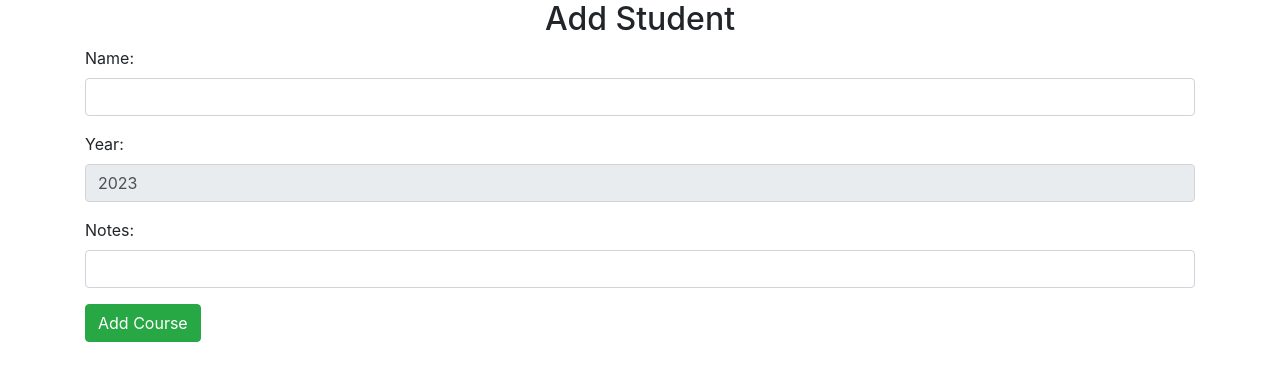
Repository: USTriett/Java-Servlet-JDBC-JSP-
Page: http://localhost/StudentManageServlet/addcourse
An editor plug-in stored every save of this project. The page is shown before and after the next save, followed by the edit.
The browser window is 1280 px wide. The pictures show the whole page.
The page is served by Tomcat 9. Other server files are loaded and not shown.

Above is the page before, as saved 2023-04-17 18:38:29.

### StudentManageServlet/src/main/webapp/WebContent/AddCourse.jsp
<%@ taglib uri="http://java.sun.com/jsp/jstl/core" prefix="c"%>
<%@page contentType="text/html" pageEncoding="UTF-8"%>


<!DOCTYPE html>
<html>
<head>
	<title>Add Student</title>
	<!-- Latest compiled and minified CSS -->
	<link rel="stylesheet" href="https://maxcdn.bootstrapcdn.com/bootstrap/4.4.1/css/bootstrap.min.css"/>

	<!-- jQuery library -->
	<script src="https://ajax.googleapis.com/ajax/libs/jquery/3.4.1/jquery.min.js"></script>

	<!-- Popper JS -->
	<script src="https://cdnjs.cloudflare.com/ajax/libs/popper.js/1.16.0/umd/popper.min.js"></script>

	<!-- Latest compiled JavaScript -->
	<script src="https://maxcdn.bootstrapcdn.com/bootstrap/4.4.1/js/bootstrap.min.js"></script>
	<meta charset="UTF-8">
</head>
<body>
	<div class="container">
		<div class="panel panel-primary">
			<div class="panel-heading">
				<h2 class="text-center">Add Student</h2>
			</div>
			<div class="panel-body">
                            <form method="post" accept-charset="utf-8">
				<div class="form-group">
				  <label for="usr">Name:</label>
                                  <input type="text" class="form-control" value=""  required id="usr" name="name"/>
				</div>
				<div class="form-group">
				  <label for="year">Year:</label>
                                  <input type="number" class="form-control" value="2023"  required id="cyear" name="year" disabled />
				</div>
				<div class="form-group">
				  <label for="notes">Notes:</label>
                                  <input type="text" class="form-control" id="notes" value="" name="notes"/>
				</div>
				<button class="btn btn-success">Add Course</button>
                            </form>
			</div>
		</div>
	</div>
</body>
<script>
function SendMessage() {
    alert("Add successful!");
}
var currentDate = new Date();
var year = currentDate.getFullYear();
var month = currentDate.getMonth() + 1;
var day = currentDate.getDate();

if (month < 10) {
    month = '0' + month;
}
if (day < 10) {
    day = '0' + day;
}


document.getElementById('cyear').value = year;
</script>
</html>

### StudentManageServlet/src/main/java/com/Servlet/AddCourseServlet.java
package com.Servlet;

import java.io.IOException;
import java.util.ArrayList;

import javax.servlet.RequestDispatcher;
import javax.servlet.ServletException;
import javax.servlet.annotation.WebServlet;
import javax.servlet.http.HttpServlet;
import javax.servlet.http.HttpServletRequest;
import javax.servlet.http.HttpServletResponse;

import com.dao.CourseList;
import com.model.Course;

/**
 * Servlet implementation class AddCourseServlet
 */
@WebServlet("/addcourse")
public class AddCourseServlet extends HttpServlet {
	private static final long serialVersionUID = 1L;

    /**
     * @see HttpServlet#HttpServlet()
     */
    public AddCourseServlet() {
        super();
        // TODO Auto-generated constructor stub
    }

	/**
	 * @see HttpServlet#doGet(HttpServletRequest request, HttpServletResponse response)
	 */
	protected void doGet(HttpServletRequest request, HttpServletResponse response) throws ServletException, IOException {
		// TODO Auto-generated method stub
		RequestDispatcher requestDispatcher = request.getRequestDispatcher("./WebContent/AddCourse.jsp");
		requestDispatcher.forward(request, response);
	}

	/**
	 * @see HttpServlet#doPost(HttpServletRequest request, HttpServletResponse response)
	 */
	protected void doPost(HttpServletRequest request, HttpServletResponse response) throws ServletException, IOException {
		// TODO Auto-generated method stub
		request.setCharacterEncoding("UTF-8");
		CourseList list = new CourseList();
		int id = list.getSize() + 1;
		String name = request.getParameter("name");
		ArrayList<Course> fCourses =  list.findbyName(name);
		if(!fCourses.isEmpty())
		{
			id = fCourses.get(0).getId();
		}
		int year = Integer.valueOf(request.getParameter("year"));

		String notes = request.getParameter("notes");

		Course c = new Course(id, year, name, notes);
		if(list.addCourse(c))
		{
			response.sendRedirect("./courses");

		}
	}

}

After the next save:
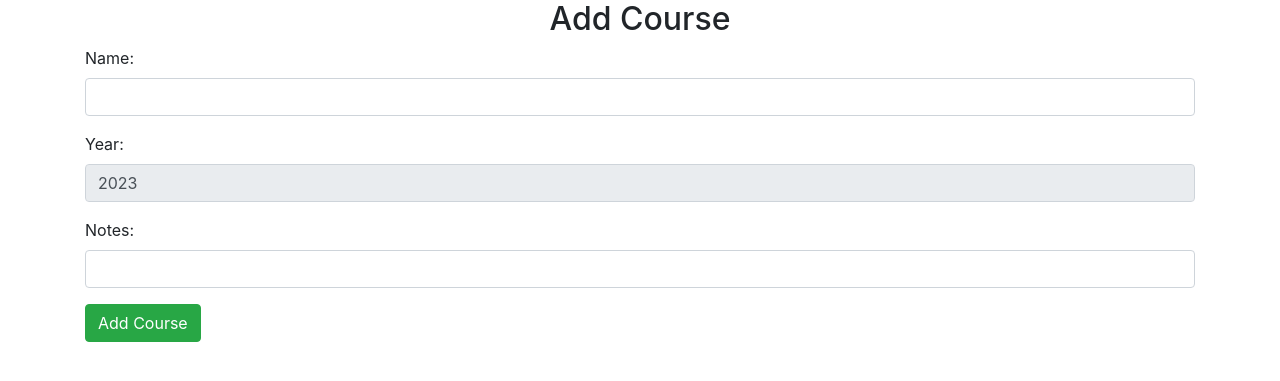
Saved 40 s later.
--- a/StudentManageServlet/src/main/webapp/WebContent/AddCourse.jsp
+++ b/StudentManageServlet/src/main/webapp/WebContent/AddCourse.jsp
@@ -23,7 +23,7 @@
 	<div class="container">
 		<div class="panel panel-primary">
 			<div class="panel-heading">
-				<h2 class="text-center">Add Student</h2>
+				<h2 class="text-center">Add Course</h2>
 			</div>
 			<div class="panel-body">
                             <form method="post" accept-charset="utf-8">
